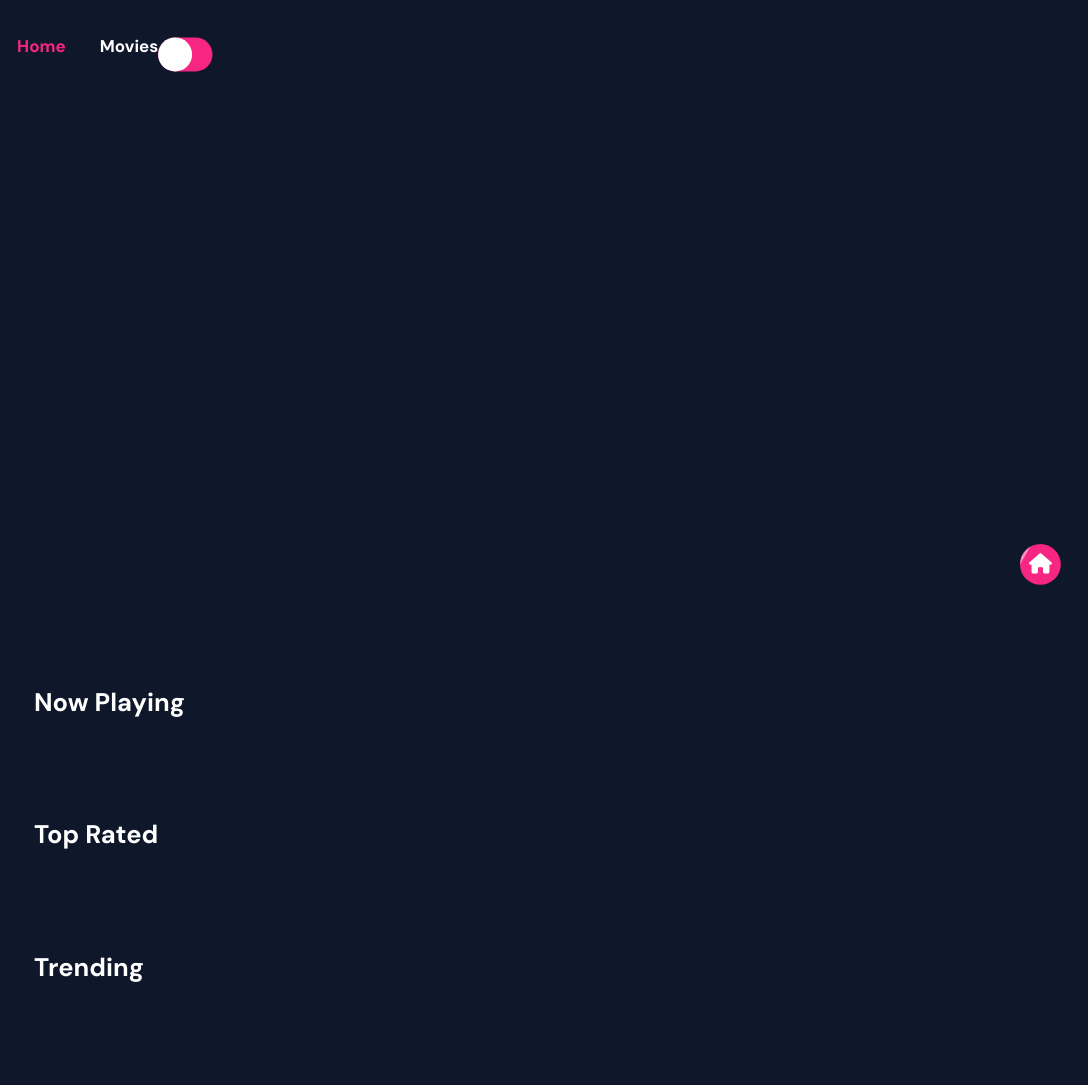
Repository: Linhyum/react-simple-movie
Page: /
An editor plug-in stored every save of this project. The page is shown before and after the next save, followed by the edit.
The browser window is 1280 px wide. The pictures show the whole page, at 85% of full size.
The page's requests for data from a server got no answer. The project was rebuilt for these pictures with package versions that can differ from the ones it lists, and the page was loaded fresh each time. No one was signed in, and anything a server would have sent is missing. Also part of the build but not shown: src/components/button/Button.js, src/components/movie/MovieCard.js.

Above is the page before, as saved 2023-04-02 19:25:56.

After the next save:
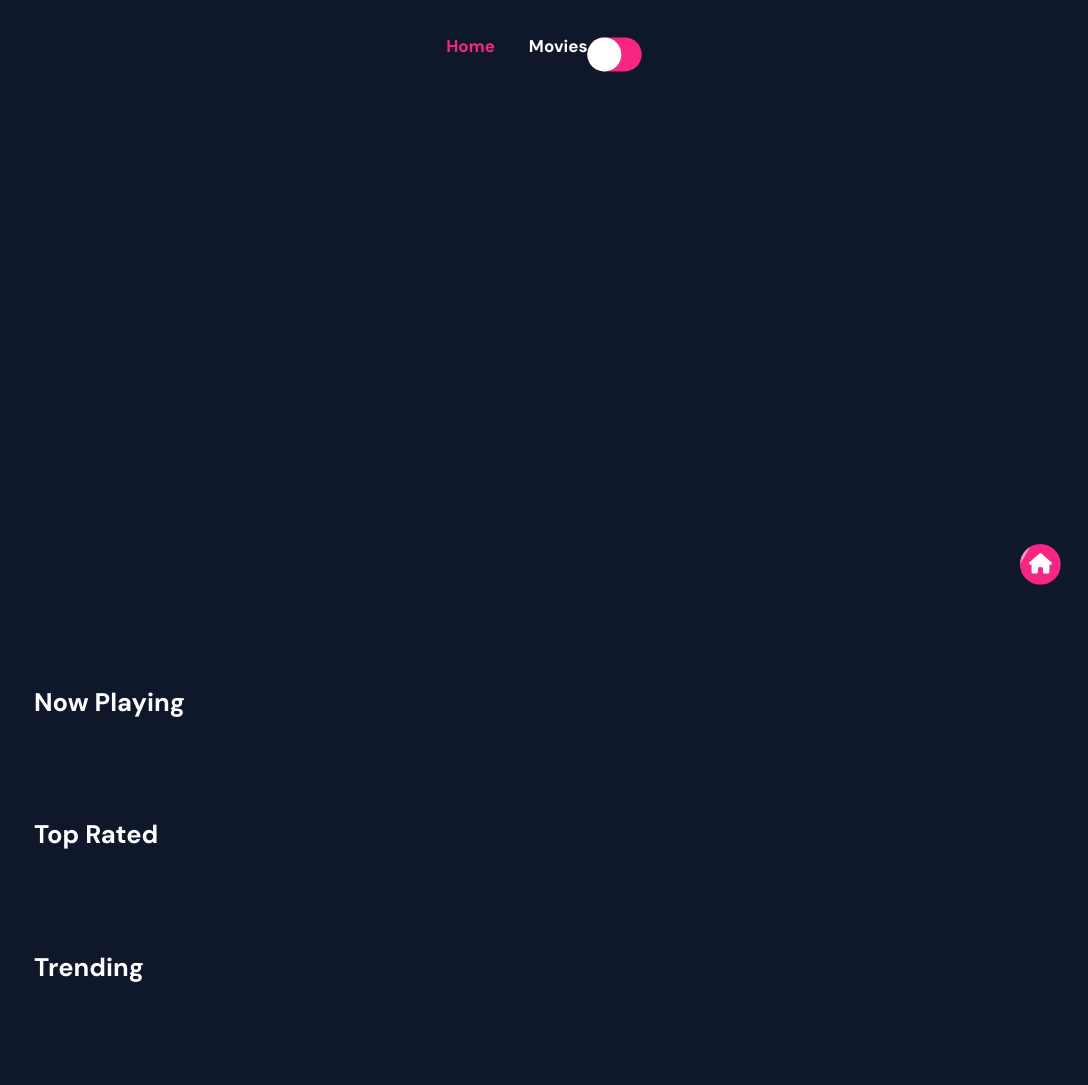
Saved 6 s later.
--- a/src/components/layout/Header.js
+++ b/src/components/layout/Header.js
@@ -8,7 +8,7 @@ const Header = () => {
         window.scrollTo({ top: 0, behavior: "smooth" });
     };
     return (
-        <div className="flex items-center">
+        <div className="flex items-center justify-center">
             <header className="header text-xl font-semibold flex items-center justify-center gap-x-10  py-10 mb-5">
                 <NavLink to={"/"} className={active}>
                     Home
